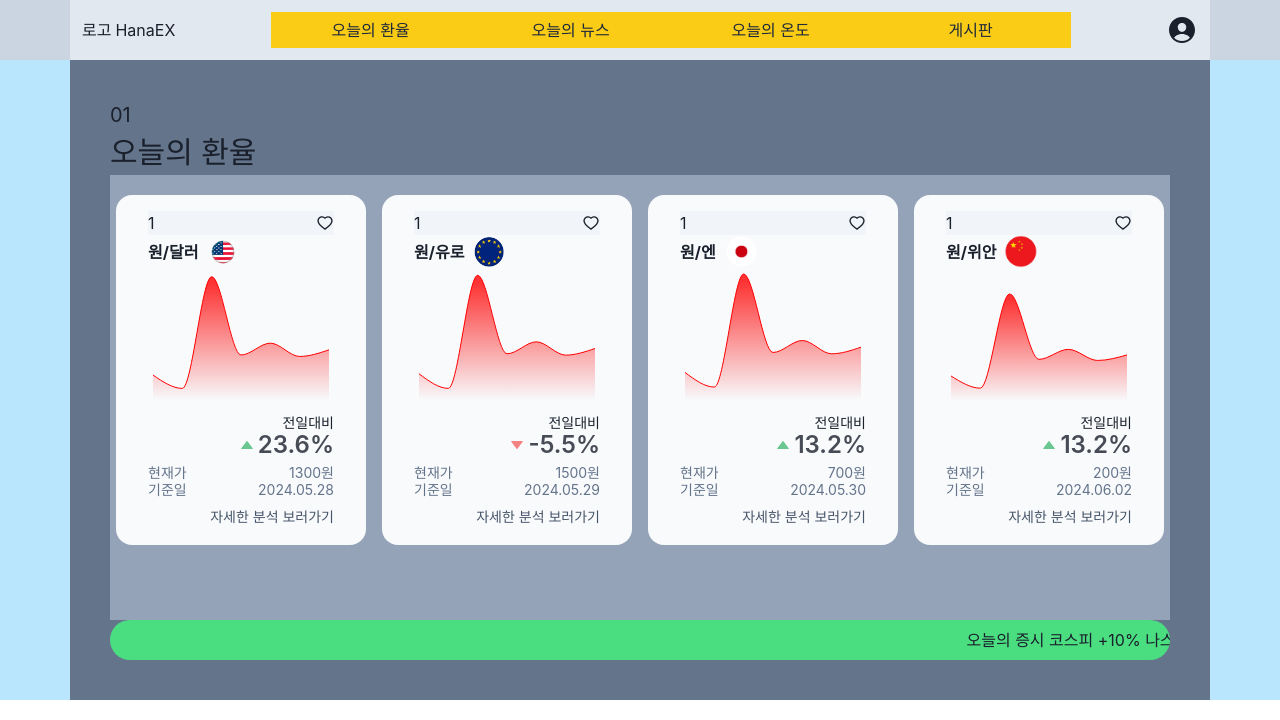
Repository: HANAEX/FRONT
Page: /
These files come from the project's save history. The page is drawn as it stood at one moment and after the next save; the edit follows.
The browser window is 1280 px wide. The pictures show the whole page.
The project was rebuilt for these pictures with package versions that can differ from the ones it lists, and the page was loaded fresh each time. Also part of the build but not shown: src/pages/LoginPage.js, src/pages/MyPage.js, src/components/Toggle.js, src/components/SementicCard.js, src/pages/SemanticPage.js, src/components/NewsCard.js, src/pages/NewsPage.js, src/components/CloudChart.js and 6 more.

Above is the page before, as saved 2024-08-13 19:49:53.

### src/App.js
import { BrowserRouter, Route, Routes } from 'react-router-dom';
import { ChakraProvider } from '@chakra-ui/react'
import MainPage from './pages/MainPage';
import LoginPage from './pages/LoginPage';
import MyPage from './pages/MyPage';
import SemanticPage from './pages/SemanticPage';
import NewsPage from './pages/NewsPage';
import BoardPage from './pages/BoardPage';
import AppOut from './AppOut';
import MainPageDetail from './pages/MainPageDetail';
import SemanticPageDetail from './pages/SemanticPageDetail';

function App() {
  return (
    <ChakraProvider>
    <BrowserRouter>
    <Routes>
      <Route path='/' element={<AppOut />}>
        <Route path='' element={<MainPage />} />
        <Route path="Login" element={<LoginPage />}/>
        <Route path="My" element={<MyPage />} />
        <Route path="Semantic" element={<SemanticPage />} />
        <Route path="News" element={<NewsPage />} />
        <Route path="Board" element={<BoardPage />} />
        <Route path="MainPageDetail" element={<MainPageDetail />} />
        <Route path="SemanticPageDetail" element={<SemanticPageDetail />} />
      </Route>
    </Routes>
    </BrowserRouter>
    </ChakraProvider>
  );
}

export default App;

### src/pages/MainPage.js
import React, {useEffect, useState} from 'react'
import { Text } from '@chakra-ui/react'
import ChartCard from '../components/ChartCard'
import FlowText from '../components/FlowText'
import { SERVER_URL } from '../data/Server_Url'
import axios from 'axios'


const MainPage = () => {
  const [consumData, setConsumData] = useState([]);
  useEffect(() => {
    const getUseHistory = async () => {
      try {
        const result = await axios.get(SERVER_URL + "data.json");
        console.log(result.data.data[1]);
        setConsumData(result.data.data);
      } catch (error) {
        console.log(error);
      }
    }
    getUseHistory();
  }, [])

  return (
    <>
    <div className='w-[1140px] h-[calc(100vh-80px)] bg-slate-500 flex flex-col py-10 px-10'>
      <Text fontSize='xl'>01</Text>
      <Text fontSize='3xl'>오늘의 환율</Text>
      <div className='w-full flex-grow bg-slate-400 py-5'>
        <div name="chart-box" className='flex justify-center gap-4'>
          {consumData.map((data, index) => (
            <ChartCard
              key={index}
              name={data.name}
              imageUrl={data.imageUrl}
              currentPrice={data.currentPrice}
              increase={data.increase}
              date={data.date}
              chartData={data.chartData}
            />
          ))}
        </div>
      </div>
      <FlowText />
    </div>
    </>
  )
}

export default MainPage

### src/AppOut.js
import React from 'react'
import { Outlet } from 'react-router'
import NavBar from './components/NavBar'

const AppOut = () => {
  return (
    <>
      <div className='w-screen flex justify-center bg-slate-300'>
        <NavBar />
      </div>
      <div className='w-screen flex justify-center bg-sky-200'>
        <Outlet />
      </div>
    </>
  )
}

export default AppOut

### src/components/ChartCard.js
import React, { useState } from 'react'
import { ResponsiveContainer, Area, Tooltip, AreaChart } from 'recharts';
import {
  Stat,
  StatLabel,
  StatNumber,
  StatHelpText,
  StatArrow,
  Box,
  Image,
  HStack,
  Text
} from '@chakra-ui/react'

import { AiOutlineHeart, AiFillHeart } from "react-icons/ai";
import { Link } from 'react-router-dom';

const ChartCard = ({ name, increase, imageUrl, currentPrice, date, chartData }) => {
  const [heart, setHeart] = useState(false);
  const handleHeart = () => {
    setHeart(!heart)
  }
  return (
    <div to={"/MainPageDetail"} name="card-container" className='w-[250px] h-[350px] px-8 py-4 bg-slate-50 rounded-2xl'>
      {/* card 상단 */}
      <div name="card-top" className='bg-slate-100 py-0 flex justify-between items-center'>
        <Text>1</Text>
        <div onClick={handleHeart}>
        {heart ? <AiFillHeart className='text-lg text-red-700'/> : <AiOutlineHeart className='text-lg' />}
        </div>
      </div>

      {/* card 원달러 이미지 */}
      <HStack>
        <Text as={'b'} fontSize='1xl'>
          {name}
          {/* 원/달러 */}
        </Text>
        <Box className='w-[34px] h-[34px]'>
          <Image src={imageUrl} alt='Dan Abramov' />
        </Box>
      </HStack>

      {/* card 차트 */}
      <ResponsiveContainer width="100%" height="45%">
        <AreaChart width={300} height={100} data={chartData}>
          <defs>
            <linearGradient id="colorPv" x1="0" y1="0" x2="0" y2="1">
              <stop offset="5%" stopColor="#FF0000" stopOpacity={0.8}/>
              <stop offset="95%" stopColor="#FF0000" stopOpacity={0}/>
            </linearGradient>
          </defs>
          <Tooltip />
          <Area type="monotone" dataKey="pv" stroke="#FF0000" fillOpacity={2} fill="url(#colorPv)" />
        </AreaChart>
      </ResponsiveContainer>

      <div name="card-foot" className='flex justify-end'>
          <Stat>
            <StatLabel className='flex justify-end'>전일대비</StatLabel>
            <StatHelpText lineHeight={1} className='flex justify-end items-center'>
              <StatArrow type={increase >= 0 ? 'increase' : 'decrease'} />
              <StatNumber>{ increase + "%"}</StatNumber>
            </StatHelpText>
      </Stat>
      </div>
      <div className='flex justify-between'>
        <Text fontSize='sm' lineHeight={1.2} className='text-slate-500'>현재가</Text>
        <Text fontSize='sm' lineHeight={1.2} className='text-slate-500'>
          { currentPrice + "원" }
        </Text>
      </div>
      <div className=' flex justify-between'>
        <Text fontSize='sm' lineHeight={1.2} className='text-slate-500'>기준일</Text>
        <Text fontSize='sm' lineHeight={1.2} className='text-slate-500'>{date}</Text>
      </div>
      <Link className='text-sm flex justify-end text-slate-600 py-2'>자세한 분석 보러가기</Link>
    </div>
  )
}



export default ChartCard

### src/components/FlowText.js
import React from 'react'
import styled, {keyframes}from "styled-components";


const FlowText= () => {
  return (
    <div className='rounded-full h-10 bg-green-400 overflow-hidden flex items-center'>
    <TextFlow className='w-full'>
      오늘의 증시 코스피 +10% 나스닥 -10%
    </TextFlow>
    </div>
  )
}

export default FlowText

const TextFlowAni = keyframes`
  0% {
    transform: translateX(100%);
  }
  100% {
    transform: translateX(-100%);
  }
`
const TextFlow = styled.div`
  white-space: nowrap;
  overflow: hidden;
  animation: ${TextFlowAni} 5s linear infinite;
`

### src/data/Server_Url.js
export const SERVER_URL = '/';

### src/css/style.css
#app {
  height: 100%;
}
html,
body {
  position: relative;
  height: 100%;
}
.swiper {
  width: 100%;
  height: 100%;
  margin-top: 20px;
}
.swiper-slide {
  text-align: center;
  font-size: 18px;
  background: transparent;

  /* Center slide text vertically */
  display: flex;
  justify-content: center;
  /* align-items: center; */
}

### src/components/NavBar.js
import React from 'react'
import Menu from './Menu'
import { IoPersonCircle } from "react-icons/io5";
import { Link } from 'react-router-dom';

const NavBar = () => {
  return (
    <nav className='w-[1140px] h-[60px] bg-slate-200'>
      <div name="nav-container" className='w-full h-full flex items-center justify-between p-3'>
        <div name='logobox' className='flex gap-1'>
          <div name='logo'>로고</div>
          <div name='title'>HanaEX</div>
        </div>
        <div name='menus'className='h-full flex items-center bg-yellow-400'>
          <Link to={"/"}><Menu menu_name="오늘의 환율"/></Link>
          <Link to={"/News"}><Menu menu_name="오늘의 뉴스"/></Link>
          <Link to={"/Semantic"}><Menu menu_name="오늘의 온도"/></Link>
          <Link to={"/Board"}><Menu menu_name="게시판"/></Link>
        </div>
        <Link to={"/My"}>
          <IoPersonCircle className='w-8 h-8'/>
        </Link>
      </div>
    </nav>
  )
}

export default NavBar

### src/components/Menu.js
import React from 'react'

const Menu = ({menu_name}) => {
  return (
    <div className='w-[200px] h-10 text-center rounded-full text-slate-800 leading-10 hover:bg-slate-700 hover:text-slate-50 transition duration-150 ease-in-out'>
      {menu_name}
    </div>
  )
}

export default Menu

### public/data.json
{
  "isSuccess": true,
  "code": 200,
  "message": "성공입니다.",
  "data": [
    {
      "index": 1,
      "name": "원/달러",
      "imageUrl": "/image/america_flag.png",
      "currentPrice": 1300,
      "date": "2024.05.28",
      "increase": 23.6,
      "chartData": [
        { "name": "Page A", "uv": 4000, "pv": 2400, "amt": 2400 },
        { "name": "Page B", "uv": 3000, "pv": 1398, "amt": 2210 },
        { "name": "Page C", "uv": 2000, "pv": 9800, "amt": 2290 },
        { "name": "Page D", "uv": 2780, "pv": 3908, "amt": 2000 },
        { "name": "Page E", "uv": 1890, "pv": 4800, "amt": 2181 },
        { "name": "Page F", "uv": 2390, "pv": 3800, "amt": 2500 },
        { "name": "Page G", "uv": 3490, "pv": 4300, "amt": 2100 }
      ]
    },
    {
      "index": 2,
      "name": "원/유로",
      "imageUrl": "/image/eu_flag.png",
      "currentPrice": 1500,
      "date": "2024.05.29",
      "increase": -5.5,
      "chartData": [
        { "name": "Page A", "uv": 4100, "pv": 2500, "amt": 2500 },
        { "name": "Page B", "uv": 3100, "pv": 1400, "amt": 2220 },
        { "name": "Page C", "uv": 2100, "pv": 9900, "amt": 2300 },
        { "name": "Page D", "uv": 2800, "pv": 4000, "amt": 2010 },
        { "name": "Page E", "uv": 1900, "pv": 4900, "amt": 2190 },
        { "name": "Page F", "uv": 2400, "pv": 3900, "amt": 2510 },
        { "name": "Page G", "uv": 3500, "pv": 4400, "amt": 2110 }
      ]
    },
    {
      "index": 3,
      "name": "원/엔",
      "imageUrl": "/image/japan_flag.png",
      "currentPrice": 700,
      "date": "2024.05.30",
      "increase": 13.2,
      "chartData": [
        { "name": "Page A", "uv": 4200, "pv": 2600, "amt": 2600 },
        { "name": "Page B", "uv": 3200, "pv": 1500, "amt": 2230 },
        { "name": "Page C", "uv": 2200, "pv": 10000, "amt": 2310 },
        { "name": "Page D", "uv": 2900, "pv": 4100, "amt": 2020 },
        { "name": "Page E", "uv": 2000, "pv": 5000, "amt": 2200 },
        { "name": "Page F", "uv": 2500, "pv": 4000, "amt": 2520 },
        { "name": "Page G", "uv": 3600, "pv": 4500, "amt": 2120 }
      ]
    },
    {
      "index": 4,
      "name": "원/위안",
      "imageUrl": "/image/chinese_flag.png",
      "currentPrice": 200,
      "date": "2024.06.02",
      "increase": 13.2,
      "chartData": [
        { "name": "Page A", "uv": 4400, "pv": 2800, "amt": 2800 },
        { "name": "Page B", "uv": 3400, "pv": 1700, "amt": 2250 },
        { "name": "Page C", "uv": 2400, "pv": 10200, "amt": 2330 },
        { "name": "Page D", "uv": 3100, "pv": 4300, "amt": 2040 },
        { "name": "Page E", "uv": 2200, "pv": 5200, "amt": 2220 },
        { "name": "Page F", "uv": 2700, "pv": 4200, "amt": 2540 },
        { "name": "Page G", "uv": 3800, "pv": 4700, "amt": 2140 }
      ]
    }
  ]
}

Loaded but not shown: public/index.html (common file); src/index.js (common file); src/index.css (common file); src/reportWebVitals.js (common file); tailwind.config.js (common file)

After the next save:
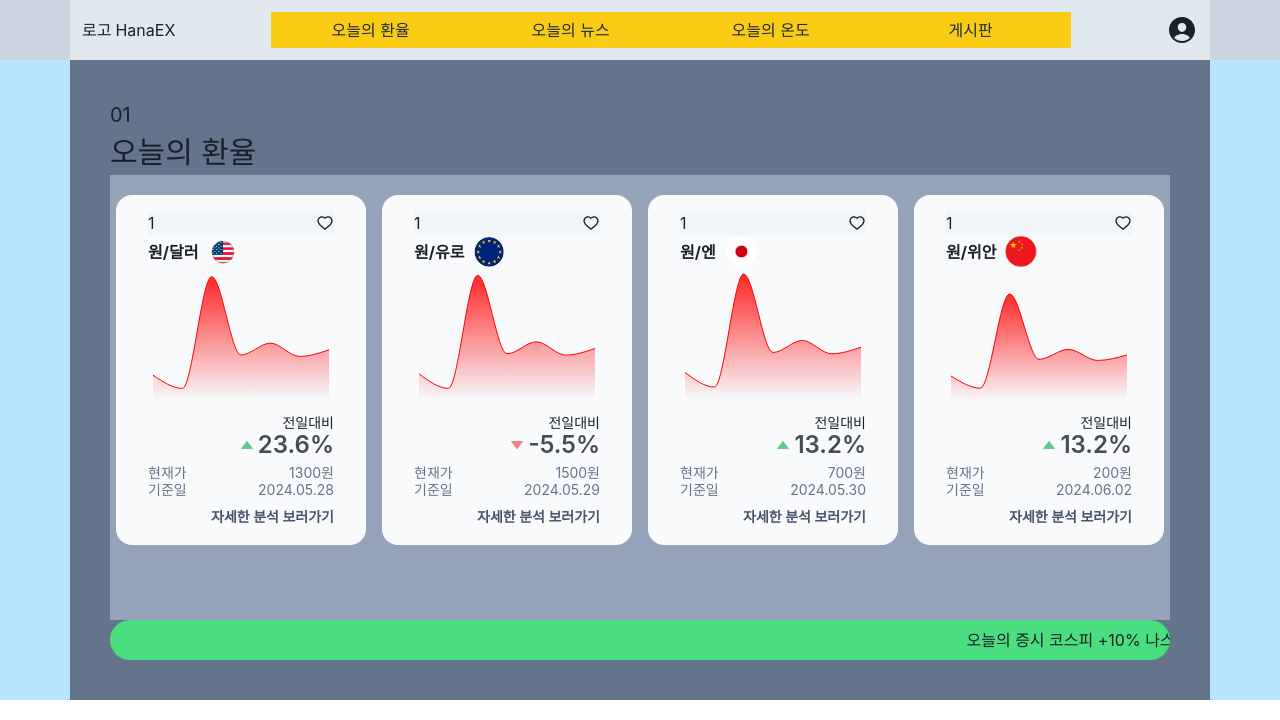
Saved 15 s later.
--- a/src/components/ChartCard.js
+++ b/src/components/ChartCard.js
@@ -74,7 +74,7 @@ const ChartCard = ({ name, increase, imageUrl, currentPrice, date, chartData })
         <Text fontSize='sm' lineHeight={1.2} className='text-slate-500'>기준일</Text>
         <Text fontSize='sm' lineHeight={1.2} className='text-slate-500'>{date}</Text>
       </div>
-      <Link className='text-sm flex justify-end text-slate-600 py-2'>자세한 분석 보러가기</Link>
+      <Link className='text-sm font-semibold flex justify-end text-slate-600 py-2'>자세한 분석 보러가기</Link>
     </div>
   )
 }
